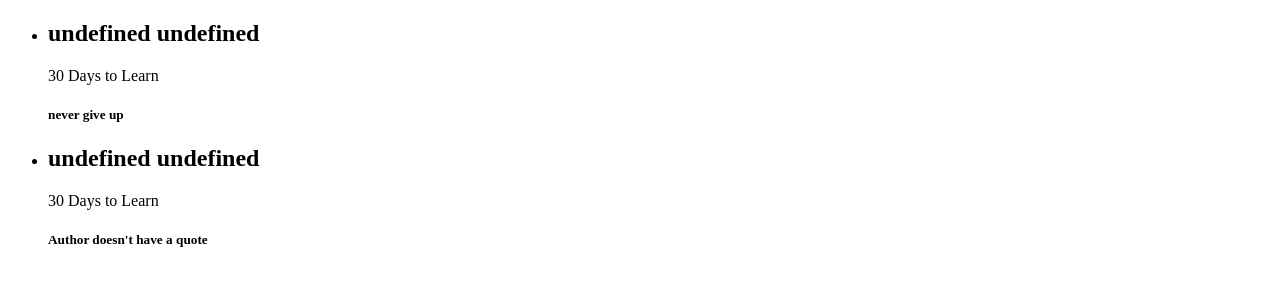
Repository: nema38/30DaysTrainning
Page: 30Days19_Say_Hello_To_Handlebars/index.html
The author's editor kept a copy of each file at every save. The page is drawn from the files as they stood at one save, then again after the next save.
The browser window is 1280 px wide. The pictures show the whole page.
Some web libraries are served in a nearby version.

Above is the page before, as saved 2014-04-28 19:40:04.

### 30Days19_Say_Hello_To_Handlebars/index.html
<!DOCTYPE html>
<html>

	<head>
		<meta charset=utf-8>
		<title>Mustache</title>

		<style>
			h2 span { color: gray; font-size: .8em;}
		</style>
	</head>

	<body>
		<ul class="tweets">
			<script id="template" type="text/x-handlebars-template">
				{{#each this}}
					<li>

						<h2>{{fullname}}</h2>
						<p>{{tweet}}</p>
						{{#if quote}}
							<h5>{{quote}}</h5>
						{{else}}
							<h5>Author doesn't have a quote</h5>
						{{/if}}

					</li>
				{{/each}}
			</script>
		</ul>

		<script src="http://ajax.googleapis.com/ajax/libs/jquery/1.11.0/jquery.min.js"
		></script>

		<script src="handlebars-v1.3.0.js"
		></script>

		<script>
			(function() {
				var data = [
				{
					author: {first:'Jeffrey', last:'Way'},
					tweet: '30 Days to Learn',
					age: 38,
					quote: 'never give up'
				},
				{
					author: {first:'Jhon', last:'Doe'},
					tweet: '30 Days to Learn',
					age: 45
				}
				];
				Handlebars.registerHelper('fullname', function(author){
					return author.first + ' ' + author.last;
				});

				var template = Handlebars.compile($('#template').html());
				$('ul.tweets').append(template(data));

			})();
		</script>

	</body>

</html>

Loaded but not shown: 30Days19_Say_Hello_To_Handlebars/handlebars-v1.3.0.js (2746 lines, source omitted)

After the next save:
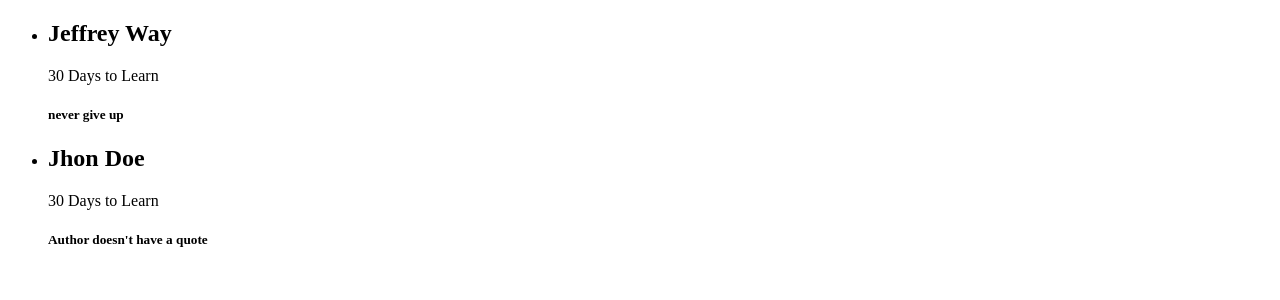
Saved 56 s later.
--- a/30Days19_Say_Hello_To_Handlebars/index.html
+++ b/30Days19_Say_Hello_To_Handlebars/index.html
@@ -16,7 +16,7 @@
 				{{#each this}}
 					<li>
 
-						<h2>{{fullname}}</h2>
+						<h2>{{fullname author}}</h2>
 						<p>{{tweet}}</p>
 						{{#if quote}}
 							<h5>{{quote}}</h5>
